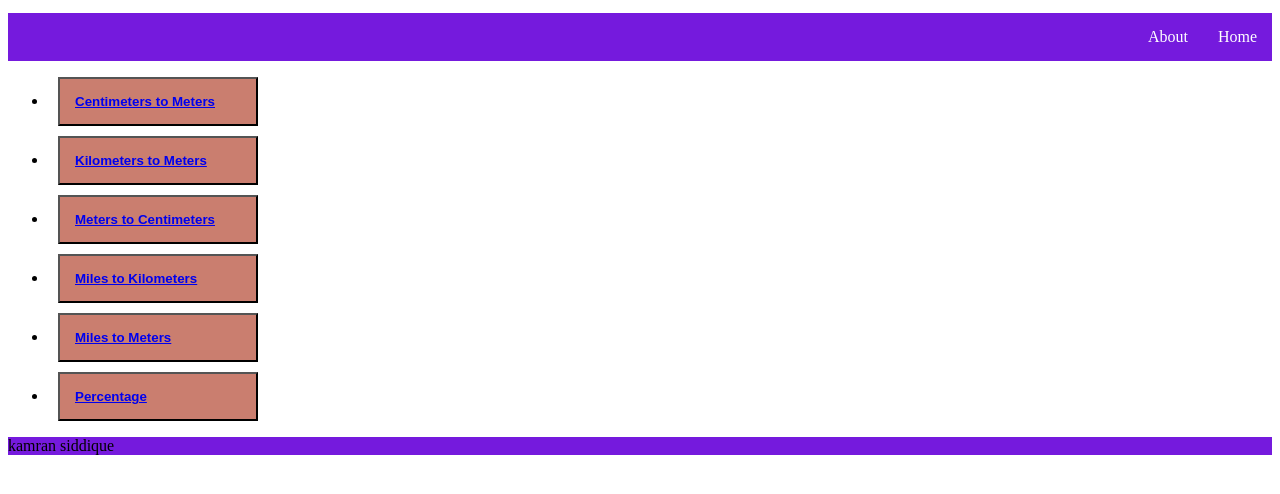
Repository: Kamrangujjar85112/Length-Converter
Page: html/home.html
The author's editor kept a copy of each file at every save. The page is drawn from the files as they stood at one save, then again after the next save.
The browser window is 1280 px wide. The pictures show the whole page.

Above is the page before, as saved 2022-01-21 03:11:50.

### html/home.html
<!-- home -->
<!DOCTYPE html>
<html lang="en">
<head>
    <meta charset="UTF-8">
    <meta http-equiv="X-UA-Compatible" content="IE=edge">
    <meta name="viewport" content="width=device-width, initial-scale=1.0">
    <title>Home</title>
    <link rel="stylesheet" href="../css/style.css">

</head>
<body>
   <div class="header">
        <nav>
            <ul class="nav-ul">
                <li class="nav-li"><a href="#home">Home</a></li>
                <li class="nav-li"><a href="#about">About</a></li>
            </ul>
        </nav>
   </div>
   <div class="container">
       <ul>
           <li class="link">
               <button><a href="cm_km.html">Centimeters to Meters</a></button>
           </li>
           <li class="link">
               <button><a href="km_m.html">Kilometers to Meters</a></button>
           </li>
           <li class="link">
               <button><a href="m_cm.html">Meters to Centimeters</a></button>
           </li>
           <li class="link">
               <button><a href="mi_km.html">Miles to Kilometers</a></button>
           </li>
           <li class="link">
               <button><a href="mi_m.html">Miles to Meters</a></button>
           </li>
           <li class="link">
               <button><a href="percentage.html">Percentage</a></button>
           </li>
       </ul>
   </div>
   <div class="footer">
        <p>kamran siddique</p>
   </div>



</body>
</html>

### css/style.css
  body{
    padding-top: 5px;
    padding-bottom: 40px;
}
.header{
    top: 0;
    width: 100%;
    margin: 0;
    position: relative;

}
.nav-ul{
    list-style-type: none;
    margin: 0;
    padding: 30;
    overflow: hidden;
    background: rgb(117, 26, 221);
  }

  .nav-li {
    float: right;
    align-items: inherit;
  }

  .nav-li a {
    display: block;
    color: rgb(255, 255, 255);
    text-align:justify;
    padding: 15px 15px;
    text-decoration: none;
  }
  button {
    margin: 10px;
	padding: 1.1em 1em;
	font-weight:bold;
    width:200px;
    display: block;
    text-align:justify;
    padding: 15px 15px;
    background-color: #CA7E6F;
}




  /* Change the link color to #111 (black) on hover */
  .nev-li a:hover {
    background-color: #CA7E6F;
  }
.footer{
    bottom: 0;
    width: 100%;
    position: ;
    background: rgb(117, 26, 221);
}
/* Some more styles to beutify this example */

After the next save:
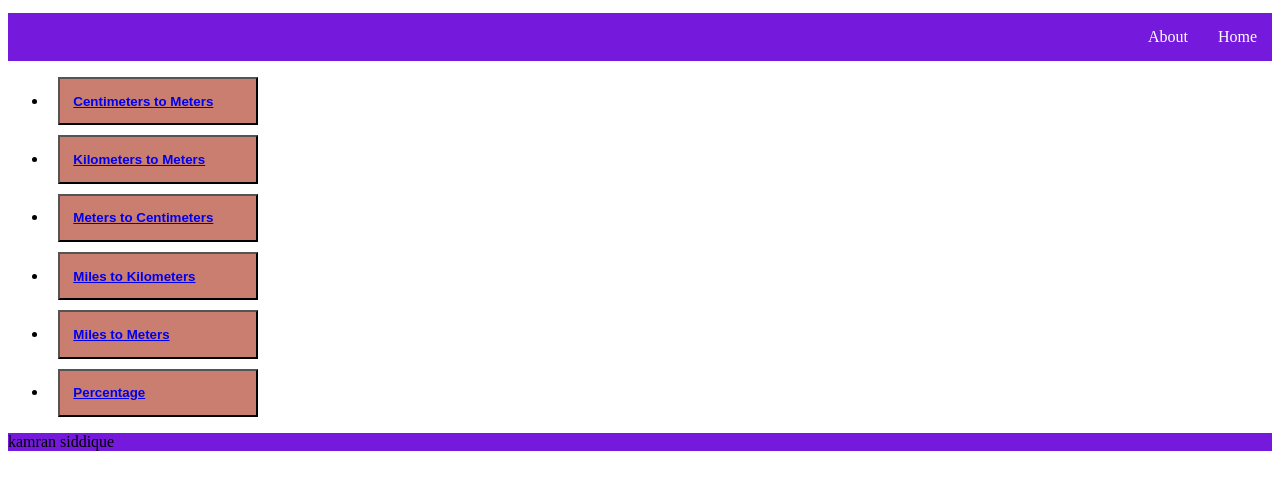
Saved 31 s later.
--- a/css/style.css
+++ b/css/style.css
@@ -36,7 +36,6 @@
     width:200px;
     display: block;
     text-align:justify;
-    padding: 15px 15px;
     background-color: #CA7E6F;
 }
 
@@ -50,7 +49,7 @@
 .footer{
     bottom: 0;
     width: 100%;
-    position: ;
+    position:relative;
     background: rgb(117, 26, 221);
 }
 /* Some more styles to beutify this example */
